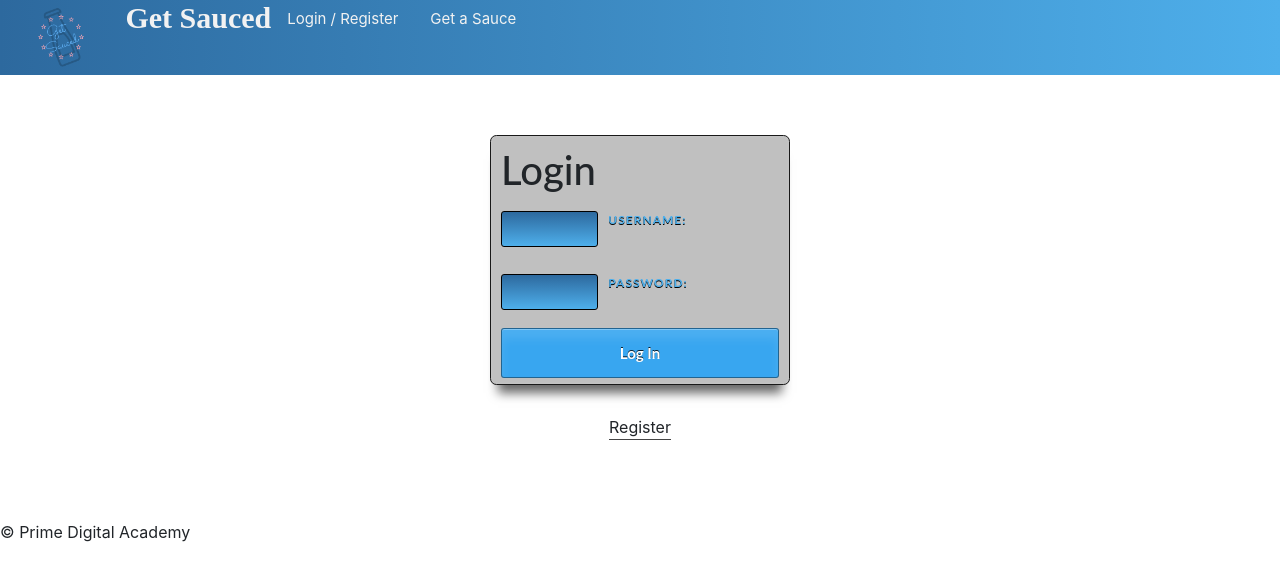
Repository: cossalter18/getSauced
Page: /
These files come from the project's save history. The page is drawn as it stood at one moment and after the next save; the edit follows.
The browser window is 1280 px wide. The pictures show the whole page.
The page's requests for data from a server got no answer. The project was rebuilt for these pictures with package versions that can differ from the ones it lists, and the page was loaded fresh each time. No one was signed in, and anything a server would have sent is missing. Also part of the build but not shown: src/components/LogOutButton/LogOutButton.js, src/components/RegisterPage/RegisterPage.js, src/components/AboutPage/AboutPage.css, src/components/AboutPage/AboutPage.js, src/components/UserPage/UserPage.js, src/components/BlogPost/BlogPost.js, src/components/NewPost/NewPost.css, src/components/NewPost/NewPost.js and 8 more.

Above is the page before, as saved 2020-06-03 11:32:37.

### src/index.js
import React from 'react';
import ReactDOM from 'react-dom';
import { createStore, applyMiddleware } from 'redux';
import { Provider } from 'react-redux';
import createSagaMiddleware from 'redux-saga';
import logger from 'redux-logger';

import rootReducer from './redux/reducers'; // imports ./redux/reducers/index.js
import rootSaga from './redux/sagas'; // imports ./redux/sagas/index.js

import App from './components/App/App';

import '../node_modules/bootstrap/dist/css/bootstrap.min.css'

const sagaMiddleware = createSagaMiddleware();

// this line creates an array of all of redux middleware you want to use
// we don't want a whole ton of console logs in our production code
// logger will only be added to your project if your in development mode
const middlewareList = process.env.NODE_ENV === 'development' ?
  [sagaMiddleware, logger] :
  [sagaMiddleware];

const store = createStore(
  // tells the saga middleware to use the rootReducer
  // rootSaga contains all of our other reducers
  rootReducer,
  // adds all middleware to our project including saga and logger
  applyMiddleware(...middlewareList),
);

// tells the saga middleware to use the rootSaga
// rootSaga contains all of our other sagas
sagaMiddleware.run(rootSaga);

ReactDOM.render(
  <Provider store={store}>
    <App />
  </Provider>,
  document.getElementById('react-root'),
);

### src/redux/reducers/index.js
import { combineReducers } from 'redux';
import errors from './errorsReducer';
import loginMode from './loginModeReducer';
import user from './userReducer';
import threadReducer from './threadsReducer'
import {reducer as formReducer} from 'redux-form'
import favoritesReducer from './favoritesReducer'
import getDetailsReducer from './getDetailsReducer'
import randomReducer from './randomReducer'

// rootReducer is the primary reducer for our entire project
// It bundles up all of the other reducers so our project can use them.
// This is imported in index.js as rootSaga

// Lets make a bigger object for our store, with the objects from our reducers.
// This is what we get when we use 'state' inside of 'mapStateToProps'
const rootReducer = combineReducers({
  errors, // contains registrationMessage and loginMessage
  loginMode, // will have a value of 'login' or 'registration' to control which screen is shown
  user, // will have an id and username if someone is logged in
  threadReducer,
  formReducer,
  favoritesReducer,
  getDetailsReducer,
  randomReducer
});

export default rootReducer;

### src/redux/sagas/index.js
import { all } from 'redux-saga/effects';
import loginSaga from './loginSaga';
import registrationSaga from './registrationSaga';
import userSaga from './userSaga';
import getThreadSaga from './getThreadsSaga'
import newPostSaga from './newPostSaga'
import deleteSaga from './deleteSaga'
import getFavoritesSaga from './getFavoritesSaga'
import getDetailsSaga from './getDetailsSaga'
import updatePostSaga from './updatePostSaga'
import addFavoritesSaga from './addFavoritesSaga'
import getRandomSaga from './getRandom'
// rootSaga is the primary saga.
// It bundles up all of the other sagas so our project can use them.
// This is imported in index.js as rootSaga

// some sagas trigger other sagas, as an example
// the registration triggers a login
// and login triggers setting the user
export default function* rootSaga() {
  yield all([
    loginSaga(),
    registrationSaga(),
    userSaga(),
    getThreadSaga(),
    newPostSaga(),
    deleteSaga(),
    getFavoritesSaga(),
    getDetailsSaga(),
    updatePostSaga(),
    addFavoritesSaga(),
    getRandomSaga()
  ]);
}

### src/redux/reducers/errorsReducer.js
import { combineReducers } from 'redux';

// loginMessage holds the string that will display
// on the login screen if there's an error
const loginMessage = (state = '', action) => {
  switch (action.type) {
    case 'CLEAR_LOGIN_ERROR':
      return '';
    case 'LOGIN_INPUT_ERROR':
      return 'Enter your username and password!';
    case 'LOGIN_FAILED':
      return 'Oops! The username and password didn\'t match. Try again!';
    case 'LOGIN_FAILED_NO_CODE':
      return 'Oops! Something went wrong! Is the server running?';
    default:
      return state;
  }
};

// registrationMessage holds the string that will display
// on the registration screen if there's an error
const registrationMessage = (state = '', action) => {
  switch (action.type) {
    case 'CLEAR_REGISTRATION_ERROR':
      return '';
    case 'REGISTRATION_INPUT_ERROR':
      return 'Choose a username and password!';
    case 'REGISTRATION_FAILED':
      return 'Oops! That didn\'t work. The username might already be taken. Try again!';
    default:
      return state;
  }
};

// make one object that has keys loginMessage, registrationMessage
// these will be on the redux state at:
// state.errors.loginMessage and state.errors.registrationMessage
export default combineReducers({
  loginMessage,
  registrationMessage,
});

### src/redux/reducers/threadsReducer.js
const threadsReducer = (state = [], action) => {
  switch (action.type) {
    case "SET_THREADS":
      return action.payload;
    default:
      return state;
  }
};

export default threadsReducer;

### src/redux/reducers/favoritesReducer.js
const favoritesReducer = (state = [], action) => {
    switch (action.type) {
        case "SET_FAVORITES":
            return action.payload;
        default:
            return state;
    }
};

export default favoritesReducer;

### src/redux/reducers/getDetailsReducer.js
const getDetailsReducer = (state = {}, action) => {
    switch (action.type) {
        case "SET_DETAILS":
            return action.payload[0];
        default:
            return state;
    }
};

export default getDetailsReducer;

### src/redux/reducers/randomReducer.js
const randomReducer = (state = [], action) => {
    switch (action.type) {
        case "SET_RANDOM":
            return action.payload;
        default:
            return state;
    }
};

export default randomReducer;

### src/redux/sagas/loginSaga.js
import { put, takeLatest } from 'redux-saga/effects';
import axios from 'axios';

// worker Saga: will be fired on "LOGIN" actions
function* loginUser(action) {
  try {
    // clear any existing error on the login page
    yield put({ type: 'CLEAR_LOGIN_ERROR' });

    const config = {
      headers: { 'Content-Type': 'application/json' },
      withCredentials: true,
    };

    // send the action.payload as the body
    // the config includes credentials which
    // allow the server session to recognize the user
    yield axios.post('/api/user/login', action.payload, config);

    // after the user has logged in
    // get the user information from the server
    yield put({type: 'FETCH_USER'});
  } catch (error) {
    console.log('Error with user login:', error);
    if (error.response.status === 401) {
      // The 401 is the error status sent from passport
      // if user isn't in the database or
      // if the username and password don't match in the database
      yield put({ type: 'LOGIN_FAILED' });
    } else {
      // Got an error that wasn't a 401
      // Could be anything, but most common cause is the server is not started
      yield put({ type: 'LOGIN_FAILED_NO_CODE' });
    }
  }
}

// worker Saga: will be fired on "LOGOUT" actions
function* logoutUser(action) {
  try {
    const config = {
      headers: { 'Content-Type': 'application/json' },
      withCredentials: true,
    };

    // the config includes credentials which
    // allow the server session to recognize the user
    // when the server recognizes the user session
    // it will end the session
    yield axios.post('/api/user/logout', config);

    // now that the session has ended on the server
    // remove the client-side user object to let
    // the client-side code know the user is logged out
    yield put({ type: 'UNSET_USER' });

  } catch (error) {
    console.log('Error with user logout:', error);
  }
}

function* loginSaga() {
  yield takeLatest('LOGIN', loginUser);
  yield takeLatest('LOGOUT', logoutUser);
}

export default loginSaga;

### src/redux/sagas/registrationSaga.js
import { put, takeLatest } from 'redux-saga/effects';
import axios from 'axios';

// worker Saga: will be fired on "REGISTER" actions
function* registerUser(action) {
  try {
    // clear any existing error on the registration page
    yield put({ type: 'CLEAR_REGISTRATION_ERROR' });

    // passes the username and password from the payload to the server
    yield axios.post('/api/user/register', action.payload);

    // automatically log a user in after registration
    yield put({ type: 'LOGIN', payload: action.payload });

    // set to 'login' mode so they see the login screen
    // after registration or after they log out
    yield put({type: 'SET_TO_LOGIN_MODE'});
  } catch (error) {
      console.log('Error with user registration:', error);
      yield put({type: 'REGISTRATION_FAILED'});
  }
}

function* registrationSaga() {
  yield takeLatest('REGISTER', registerUser);
}

export default registrationSaga;

### src/redux/sagas/userSaga.js
import axios from 'axios';
import { put, takeLatest } from 'redux-saga/effects';

// worker Saga: will be fired on "FETCH_USER" actions
function* fetchUser() {
  try {
    const config = {
      headers: { 'Content-Type': 'application/json' },
      withCredentials: true,
    };

    // the config includes credentials which
    // allow the server session to recognize the user
    // If a user is logged in, this will return their information
    // from the server session (req.user)
    const response = yield axios.get('/api/user', config);

    // now that the session has given us a user object
    // with an id and username set the client-side user object to let
    // the client-side code know the user is logged in
    yield put({ type: 'SET_USER', payload: response.data });
  } catch (error) {
    console.log('User get request failed', error);
  }
}

function* userSaga() {
  yield takeLatest('FETCH_USER', fetchUser);
}

export default userSaga;

### src/redux/sagas/getThreadsSaga.js
import axios from "axios";
import { put, takeEvery } from "redux-saga/effects";

function* getThreads() {
  try {
    const response = yield axios.get("/api/threads");
    console.log("++++++++++++++", response.data)
    yield put({ type: "SET_THREADS", payload: response.data });

  } catch (error) {
    console.log("Error in GET", error);
  }
}

function* threadSaga() {
  yield takeEvery("GET_THREADS", getThreads);
}

export default threadSaga;

### src/redux/sagas/newPostSaga.js
import axios from "axios";
import { put, takeEvery } from "redux-saga/effects";

function* addPost(action) {
  try {
   console.log("action.payload!!!!!!!!!!!!!", action.payload);
   const response = yield axios.post('/api/threads', action.payload);
   yield put({ type: "GET_THREADS"})

  }catch (error){
      console.log(error);
  }
}

function* newPostSaga() {
  yield takeEvery("NEW_POST", addPost);
}

export default newPostSaga;

//we are going to reuse SET_THREADS reducer

### src/redux/sagas/deleteSaga.js
import axios from "axios";
import { put, takeEvery } from "redux-saga/effects";

function* deletePost(action) {
    try {
        console.log('action.payload =======', action.payload);
        console.log('!!!!!!!!!!!!!!!!!!!!!', action);

        const response = yield axios.delete(`/api/threads/${action.payload}`)
        yield put ({type: "GET_THREADS", payload: response.data})
    } catch (error) {
        console.log("Error in DELETE!!!!!!!!!!!!!!", error);
    }
}

function* deleteSaga() {
    yield takeEvery("DELETE_POST", deletePost);
}

export default deleteSaga;

### src/redux/sagas/getFavoritesSaga.js
import axios from "axios";
import { put, takeEvery } from "redux-saga/effects";

function* getFavorites() {
  try {
    const response = yield axios.get("/api/favorites");
    console.log("!!! FAVORITES !!! ========>", response.data);
    yield put({ type: "SET_FAVORITES", payload: response.data });
  } catch (error) {
    console.log("Error in GET", error);
  }
}

function* getFavoritesSaga() {
  yield takeEvery("GET_FAVORITES", getFavorites);
}

export default getFavoritesSaga;

### src/redux/sagas/getDetailsSaga.js
import axios from "axios";
import { put, takeEvery } from "redux-saga/effects";

function* getDetail(action) {
    try {
        const id = action.payload
        const response = yield axios.get(`/api/threads/blog/${id}`);
        console.log("MADE IT TO getDetail SAGA!!!!!!")
        yield put({ type: "SET_DETAILS", payload: response.data });
    } catch (error) {
        console.log("Error in GET", error);
    }
}

function* getDetailsSaga() {
    yield takeEvery("GET_DETAILS", getDetail);
}

export default getDetailsSaga;

### src/redux/sagas/updatePostSaga.js
import axios from "axios";
import {put, takeEvery } from "redux-saga/effects";

function* updatePost(action) {
    console.log('UpdatePost!!!!!!!!!', action.payload);

    try {
        const response = yield axios.put(`/api/threads/${action.payload.id}`, action.payload)
        console.log('IN UPDATE POST PUT', response);
        // yield put ({type: 'SET_THREADS'})

    } catch (error) {
        console.log(error);
    }
}

function* updatePostSaga() {
    yield takeEvery("UPDATE_POST", updatePost);
}

export default updatePostSaga;

### src/redux/sagas/addFavoritesSaga.js
import axios from "axios";
import { put, takeEvery } from "redux-saga/effects";

function* addFavorites() {
    try {
        const response = yield axios.post("/api/favorites");
        console.log("!!! FAVORITES !!! ========>", response.data);
        yield put({ type: "SET_FAVORITES", payload: response.data });
    } catch (error) {
        console.log("Error in FAVORITES POST", error);
    }
}

function* addFavoritesSaga() {
    yield takeEvery("ADD_FAVORITES", addFavorites);
}

export default addFavoritesSaga;

### src/redux/sagas/getRandom.js
import axios from "axios";
import { put, takeEvery } from "redux-saga/effects";

//https://spoonacular-recipe-food-nutrition-v1.p.rapidapi.com/recipes/random

function* getRandom(action) {
    console.log("IN API REQUEST:", action)
    try {
        const response = yield axios({
            "method": "GET",
            "url": "",
            "headers": {
                "content-type": "application/octet-stream",
                "x-rapidapi-host": "spoonacular-recipe-food-nutrition-v1.p.rapidapi.com",
                "x-rapidapi-key": "c31d4b7038mshacdc5b1ac5dafd5p11278fjsnc256fb5cf578",
                "useQueryString": true
            }, "params": {
                "number": "1",
                "tags": "sauce"
            }
        })
        yield put({ type: "SET_RANDOM", payload: response.data.recipes });
    } catch (error) {
        console.log("Error in GET", error);
    }
}

function* getRandomSaga() {
    yield takeEvery("GET_RANDOM", getRandom);
}

export default getRandomSaga;

### src/components/Nav/Nav.js
import React from "react";
import { Link } from "react-router-dom";
import { connect } from "react-redux";
import LogOutButton from "../LogOutButton/LogOutButton";
import "./Nav.css";

const Nav = (props) => (
  <div className="nav">
    <Link to="/home">
      <img className="logo" src="GetSauced.png" alt="logo" />
      <h2 className="nav-title">Get Sauced</h2>
    </Link>
    <div className="nav-right">
      <Link className="nav-link" to="/home">
        {/* Show this link if they are logged in or not,
        but call this link 'Home' if they are logged in,
        and call this link 'Login / Register' if they are not */}
        {props.user.id ? "Home" : "Login / Register"}
      </Link>
      {/* Show the link to the info page and the logout button if the user is logged in */}
      {props.user.id && (
        <>
          <Link className="nav-link" to="/info">
            Blog Post
          </Link>
          <Link className="nav-link" to="/favorite">
            Favorites
          </Link>
          <Link className="nav-link" to="/profile">
            Profile
          </Link>
          {/* <LogOutButton className="nav-link" /> */}
        </>

      )}
      {/* Always show this link since the about page is not protected */}
      <Link className="nav-link" to="/about">
        Get a Sauce
      </Link>
    </div>
  </div>
);

// Instead of taking everything from state, we just want the user
// object to determine if they are logged in
// if they are logged in, we show them a few more links
// if you wanted you could write this code like this:
// const mapStateToProps = ({ user }) => ({ user });
const mapStateToProps = (state) => ({
  user: state.user,
});

export default connect(mapStateToProps)(Nav);

### src/components/App/App.css
body {
    font-family: 'Segoe UI', Tahoma, Geneva, Verdana, sans-serif;
    margin: 0px;
}

.alert {
    background-color: #ff4545;
    margin: 50px;
}

form {
    background-color: #dbd5d5;
    width: 30%;
    height: 250px;
    margin: 20px auto;
    padding: 25px;
    border-radius: 2px;
}

input {
    margin: 5px;
    margin-bottom: 10px;
}

.log-in, .log-out, .register {
  background-image: linear-gradient(to right, #2d699e, #4eafeb);
  border-radius: 4px;
  color: #f8f8f8;
  min-height: 50px;
  min-width: 100px;
  outline:0;
  cursor: pointer;
}

.log-in:hover, .log-out:hover, .register:hover {
  background-color: #008183;
}

/* This line makes the "Register" and "Login" buttons look like links */
.link-button {
    background:none;
    color:inherit;
    border:none;
    padding:0;
    font: inherit;
    outline:0;
    border-bottom:1px solid #444;
    cursor: pointer;
}

### src/components/Nav/Nav.css
.nav-title {
    font-size: 30px;
    font-weight: 700;
    display: inline-block;
    color: #f2f2f2;
    padding-left: 10px;
    font-family: "SignPainter";
}

.nav {
  overflow: hidden;
  background-image: linear-gradient(to right, #2d699e, #4eafeb)
}

.nav-link {
  float: left;
  color: #f2f2f2;
  /* background-color: #00acb0; */
  text-align: center;
  padding: 24px 10px;
  text-decoration: none;
  font-size: 15px;

  /* these last two make the logout button in
  the nav bar look like another link */
  border:none;
  /* cursor: pointer; */
  outline:0;
}

.nav-link:hover {
  background-color: #87A8C5
}

.nav-right {
  float: right;
}

.logo {
  height:75px;
  width: auto;
  float: left;
}

### src/components/LoginPage/LoginPage.js
import React, { Component } from 'react';
import { connect } from 'react-redux';
import './LoginPage.css'

class LoginPage extends Component {
  state = {
    username: '',
    password: '',
  };

  login = (event) => {
    event.preventDefault();

    if (this.state.username && this.state.password) {
      this.props.dispatch({
        type: 'LOGIN',
        payload: {
          username: this.state.username,
          password: this.state.password,
        },
      });
    } else {
      this.props.dispatch({ type: 'LOGIN_INPUT_ERROR' });
    }
  } // end login

  handleInputChangeFor = propertyName => (event) => {
    this.setState({
      [propertyName]: event.target.value,
    });
  }

  render() {
    return (
      <div>
        {this.props.errors.loginMessage && (
          <h2
            className="alert"
            role="alert"
          >
            {this.props.errors.loginMessage}
          </h2>
        )}
        <form className="form-3" onSubmit={this.login}>
          <h1>Login</h1>
          <div>
            <label htmlFor="username">
              Username:
              <input type="text" name="username" value={this.state.username} onChange={this.handleInputChangeFor('username')}/>
            </label>
          </div>
          <div>
            <label htmlFor="password">
              Password:
              <input type="password" name="password" value={this.state.password} onChange={this.handleInputChangeFor('password')}/>
            </label>
          </div>
          <div>
            <input className="log-in" type="submit" name="submit" value="Log In"/>
          </div>
        </form>
        <center>
          <button
            type="button"
            className="link-button"
            onClick={() => {this.props.dispatch({type: 'SET_TO_REGISTER_MODE'})}}
          >
            Register
          </button>
        </center>
      </div>
    );
  }
}

// Instead of taking everything from state, we just want the error messages.
// if you wanted you could write this code like this:
// const mapStateToProps = ({errors}) => ({ errors });
const mapStateToProps = state => ({
  errors: state.errors,
});

export default connect(mapStateToProps)(LoginPage);

### src/components/BlogPost/BlogPost.css
.nav-right {
  float: right;
  margin-right: 30px;

}

h2 {
  cursor: pointer;
}

.content {
  font-size: 10px;
}

.button{
  margin: 100px;
  padding: 25px;
}


/* .container {
   width: 75%;
    height: 10rem;
    margin: auto;
    background-color:#4eafeb;
    border-radius: 10px;
} */


.container {
    box-sizing: border-box;
    width: 75%;
    height: 10rem;
    margin-top: 35px;
    margin-bottom: 8px;
    background-color:#4eafeb;
    border-radius: 10px;
    /* white-space: nowrap; */
  overflow: hidden;
  text-overflow: ellipsis;
}

.child {
 white-space: nowrap;
  overflow: hidden;
  text-overflow: ellipsis;

}


/*
.child {
 flex: 1;
    height: auto;
    margin: auto;
    border-color: red;
    border-width: 10px;
} */

### src/components/LoginPage/LoginPage.css
.form-3 {
    font-family: 'Ubuntu', 'Lato', sans-serif;
    font-weight: 400;
    /* Size and position */
    width: 300px;
    position: relative;
    margin: 60px auto 30px;
    padding: 10px;
    overflow: hidden;

    /* Styles */
    background: silver;
    border-radius: 0.4em;
    border: 1px solid #191919;
    box-shadow:
        inset 0 0 2px 1px rgba(255,255,255,0.08),
        0 16px 10px -8px rgba(0, 0, 0, 0.6);
}

.form-3 label {
    /* Size and position */
    width: 70%;
    float: left;
    padding-top: 9px;

    /* Styles */
    color: #4eafeb;
    font-size: 12px;
    text-transform: uppercase;
    letter-spacing: 1px;
    text-shadow: 0 1px 0 #000;
    text-indent: 10px;
    font-weight: 700;
    cursor: pointer;
}

.form-3 input[type=text],
.form-3 input[type=password] {
    /* Size and position */
    width: 50%;
    float: left;
    padding: 8px 5px;
    margin-bottom: 10px;
    font-size: 12px;

    /* Styles */
    background: linear-gradient(#2d699e, #4eafeb);
    border: 1px solid #000;

    border-radius: 3px;

    /* Font styles */
    font-family: 'Ubuntu', 'Lato', sans-serif;
    color: #fff;

}

.form-3 input[type=text]:hover,
.form-3 input[type=password]:hover,
.form-3 label:hover ~ input[type=text],
.form-3 label:hover ~ input[type=password] {
    background: #4eafeb;
}

.form-3 input[type=text]:focus,
.form-3 input[type=password]:focus {
    box-shadow: inset 0 0 2px #000;
    background: #494d54;
    border-color: #51cbee;
    outline: none; /* Remove Chrome outline */
}

.form-3 label[for=remember] {
    width: auto;
    float: none;
    display: inline-block;
    text-transform: capitalize;
    font-size: 11px;
    font-weight: 400;
    letter-spacing: 0px;
    text-indent: 2px;
}


.form-3 input[type=submit] {
    /* Width and position */
    width: 100%;
    padding: 8px 5px;

    /* Styles */
    border: 1px solid #0273dd; /* Fallback */
    border: 1px solid rgba(0,0,0,0.4);
    box-shadow:
        inset 0 1px 0 rgba(255,255,255,0.3),
        inset 0 10px 10px rgba(255,255,255,0.1);
    border-radius: 3px;
    background: #38a6f0;
    cursor:pointer;

    /* Font styles */
    font-family: 'Ubuntu', 'Lato', sans-serif;
    color: white;
    font-weight: 700;
    font-size: 15px;
    text-shadow: 0 -1px 0 rgba(0,0,0,0.8);
}

Loaded but not shown: public/index.html (common file); src/redux/reducers/loginModeReducer.js (common file); src/redux/reducers/userReducer.js (common file); src/components/Footer/Footer.js (common file); src/components/Footer/Footer.css (common file); src/components/App/App.js (98 lines, source omitted); src/components/ProtectedRoute/ProtectedRoute.js (66 lines, source omitted)

After the next save:
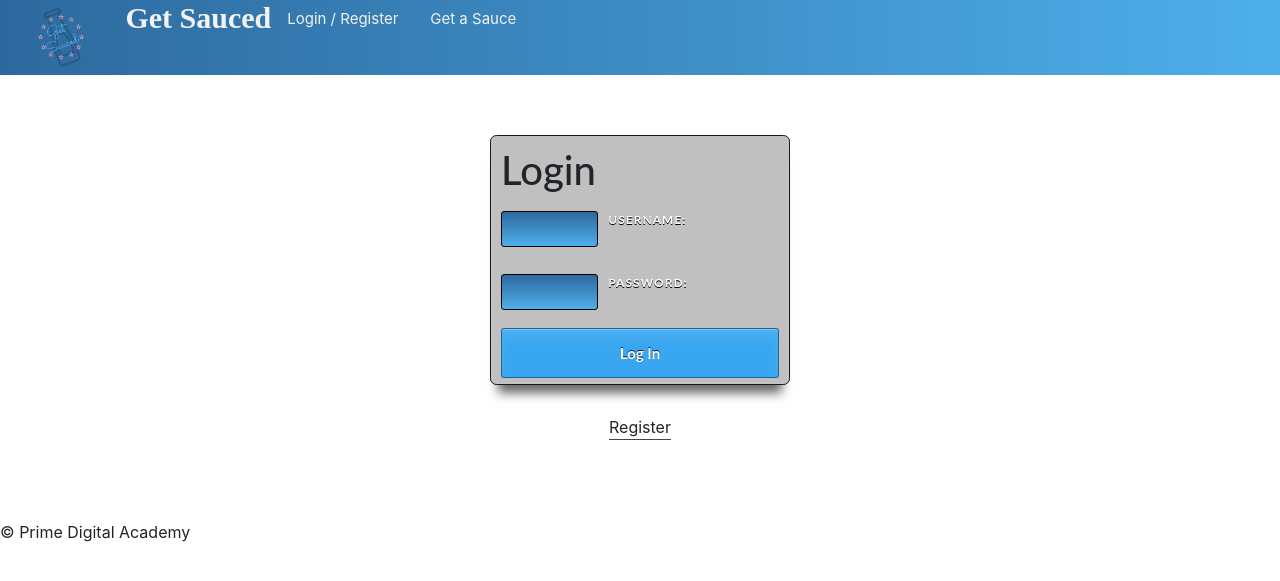
Saved 8 s later.
--- a/src/components/LoginPage/LoginPage.css
+++ b/src/components/LoginPage/LoginPage.css
@@ -24,7 +24,7 @@
     padding-top: 9px;
 
     /* Styles */
-    color: #4eafeb;
+    color: white;
     font-size: 12px;
     text-transform: uppercase;
     letter-spacing: 1px;
